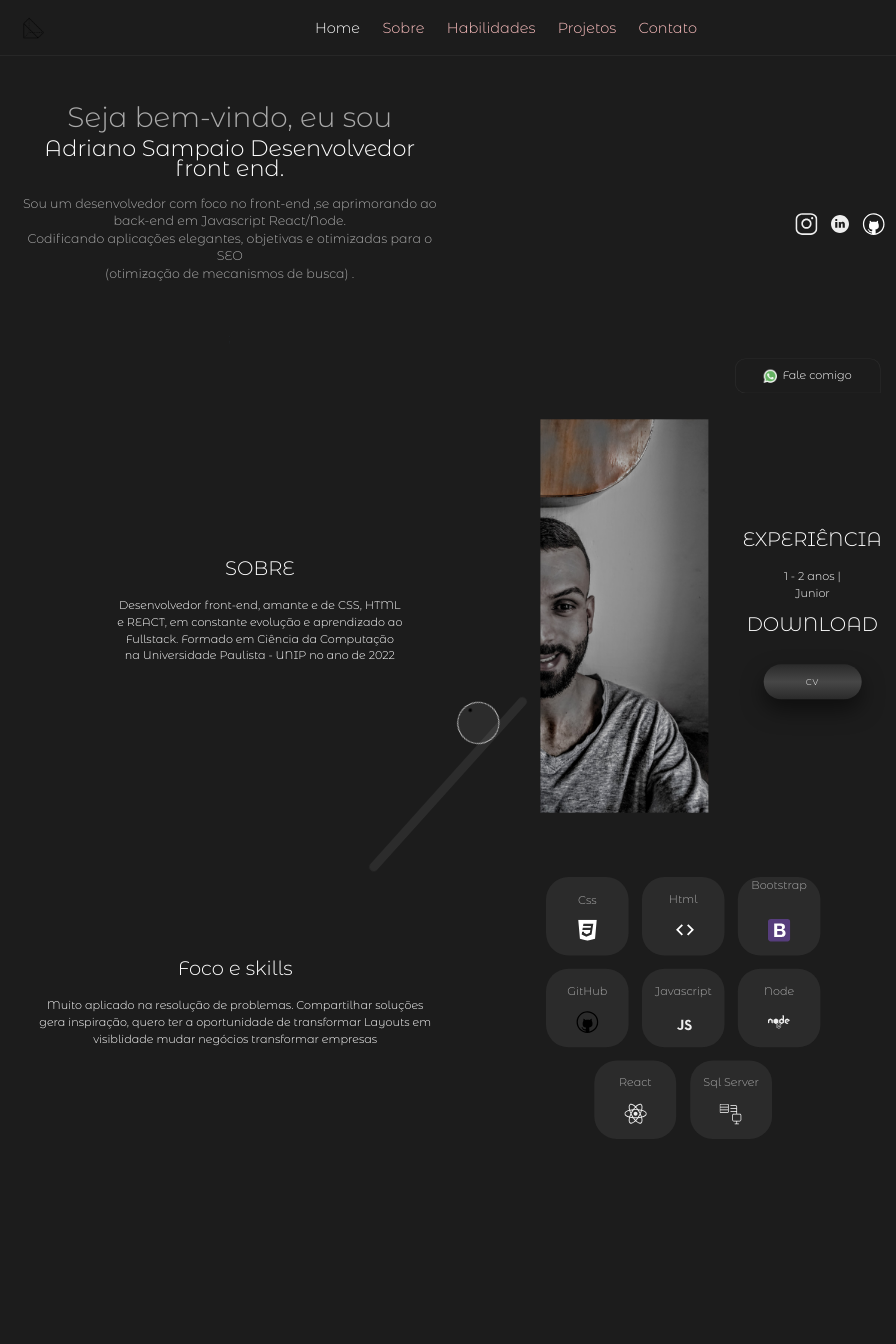
Repository: adrianodisam/NovoPortifolio
Page: /
An editor plug-in stored every save of this project. The page is shown before and after the next save, followed by the edit.
The browser window is 1280 px wide. The pictures show the part of the page from y = 0 to 1920 px (the page is 3024 px tall), at 70% of full size.
The project was rebuilt for these pictures with package versions that can differ from the ones it lists, and the page was loaded fresh each time. Imported but missing from the stored project, and not drawn on this page: src/componentes/Download/Adriano.pdf.

Above is the page before, as saved 2024-11-02 16:30:21.

### public/index.html
<!DOCTYPE html>
<html lang="pt">

<head>
  <meta charset="utf-8" />
  <link rel="icon" href="./shape.ico" />
  <meta name="viewport" content="width=device-width, initial-scale=1" />
  <meta name="theme-color" content="#000000" />
  <meta name="description" content="Web site created using create-react-app" />
  <link rel="apple-touch-icon" href="%PUBLIC_URL%/logo192.png" />
  <link rel="manifest" href="%PUBLIC_URL%/manifest.json" />
  <link rel="stylesheet" href="path/to/font-awesome/css/font-awesome.min.css" />
  <script src="https://cdn.lordicon.com/fudrjiwc.js"></script>
  <title> Adriano - Desenvolvedor Front-End </title>
  <script id="react-dotenv" src="./env.js"></script>
</head>

<body>
  <noscript>You need to enable JavaScript to run this app.</noscript>
  <script src="https://cdn.lordicon.com/fudrjiwc.js"></script>
  <div id="root"></div>
</body>

</html>

### src/App.css
* {
  margin: 0;
  padding: 0;
}

@font-face {
  font-family: 'Menu';
  src: url('../public/fontes/Cormorant_Garamond/CormorantGaramond-Regular.ttf')
    format('truetype');
}

@font-face {
  font-family: 'Menu1';
  src: url('../public/fontes/Montserrat_Alternates/MontserratAlternates-Light.ttf')
    format('truetype');
}

:root {
  --mainColor: #555;
  --mainColorLight: #e0ffff;
  --secondaryColor: #db2b39;
  --textColor: #ffc1c1;
  --ColorHover: #eee;
  --CorFundo: #1c1c1c;
  --CorBorda: hsla(0, 0%, 67%, 0.1);
  --CorFontApagada: #aaa;
  --CorTexto: #fff;
}

### src/componentes/Footer/Footer.module.css
.Container {
  display: flex;
  justify-content: space-between;
  align-items: center;
  bottom: 0;
  left: 0;
  height: 9rem;
  background-color: #1c1c1c;
}

### src/componentes/Header/Header.module.css
.Container {
  width: 100%;
  height: 40rem;
  display: flex;
  justify-content: center;
  align-items: center;
  /* border-bottom: 1px solid var(--CorBorda); */
  background-color: var(--CorFundo);
}
@media only screen and (max-width: 1024px) {
  .Container {
    display: flex;
    flex-direction: column;
    align-items: center;
    gap: 3rem;
    height: 50rem;
  }
}

### src/componentes/Navbar/Navbar.css
@import url('https://fonts.googleapis.com/css2?family=Titillium+Web:wght@300;400;700&display=swap');

* {
  padding: 0;
  margin: 0;
  box-sizing: border-box;
  font-family: 'Menu1';
}
header {
  display: flex;
  align-items: center;
  justify-content: space-between;
  width: 100%;
  height: 5rem;
  padding: 0 2rem;
  background-color: #1c1c1c;
  color: var(--textColor);
  position: fixed;
  z-index: 20;
  border-bottom: 1px solid var(--CorBorda);
}

nav a {
  margin: 0 1rem;
  color: var(--CorTexto);
  text-decoration: none;
  cursor: pointer;
  font-size: 1.3rem;
}

nav a:hover {
  color: var(--CorFontApagada);
}

header .nav-btn {
  padding: 5px;
  cursor: pointer;
  background: transparent;
  border: none;
  outline: none;
  visibility: hidden;
  opacity: 0;
  font-size: 1.8rem;
  color: var(--CorTexto);
}

header div,
nav {
  display: flex;
  align-items: center;
}

@media only screen and (max-width: 1024px) {
  header .nav-btn {
    visibility: visible;
    opacity: 1;
  }

  header nav {
    position: fixed;
    top: 0;
    left: 0;
    height: 100%;
    width: 100%;
    display: flex;
    flex-direction: column;
    align-items: center;
    justify-content: center;
    gap: 1.5rem;
    background-color: #1c1c1c;
    transition: 1s;
    transform: translateY(-100vh);
  }

  header .responsive_nav {
    transform: none;

    z-index: '4';
    position: fixed;
  }

  nav .nav-close-btn {
    position: absolute;
    top: 2rem;
    right: 2rem;
  }

  nav a {
    font-size: 1.5rem;
  }
}

### src/componentes/WhatsAppContato/WhatsAppContato.module.css
.container {
  display: flex;
  flex-direction: column;
  width: 100%;
  margin-top: 32rem;
  position: fixed;
  justify-content: right;
  align-items: flex-end;
  z-index: 30;
}
.containerSpan {
  display: flex;
  justify-content: center;
  align-items: center;
  width: 13rem;
  border-radius: 15px 15px 1px 15px;
  background-color: var(--CorFundo);
  border: 1px solid var(--CorBorda);
  padding: 12px 16px 12px 16px;
  margin-right: 1.4rem;
  transition: 2s;
}
.containerSpan:hover {
  background-color: hsla(0, 0%, 67%, 0.1);
  border: 1px solid var(--CorBorda);
  box-shadow: 0px 3px 5px 0px rgba(0, 0, 0, 0.5);
}
.containerSpan span {
  color: var(--CorTexto);
  text-decoration: none;
  font-size: 1rem;
}
.containerSpan img {
  width: 1.2rem;
  margin-right: 0.5rem;
}
.containerSpan a {
  text-decoration: none;
}

@media only screen and (max-width: 1024px) {
  .container {
    margin-top: 37rem;
  }
}

### src/componentes/Contato/Contato.module.css
.Container {
  display: flex;
  justify-content: space-evenly;
  align-items: center;
  width: 100%;
  height: 30rem;
  flex-direction: column;
  padding: 2rem;
  background-color: var(--CorFundo);
  border-bottom: solid 1px var(--CorBorda);
}
.ContainerContato {
  display: flex;
  align-items: center;
}

@media only screen and (max-width: 1024px) {
  .Container {
    flex-direction: column;
  }
  .ContainerContato {
    display: flex;
    flex-direction: column;
  }
}

### src/componentes/Sobre/Sobre.module.css
.Container {
  display: flex;
  justify-content: center;
  align-items: center;
  width: 100%;
  height: 30rem;
  /* border-bottom: 1px solid var(--CorBorda); */
  background-color: var(--CorFundo);
}

.Container h1 {
  color: var(--CorTexto);
}

@media (max-width: 900px) {
  .Container {
    flex-direction: column;
    height: 100%;
    padding: 1rem;
  }
}

### src/componentes/Habilidades/Habilidades.module.css
.Container {
  display: flex;
  justify-content: space-around;
  align-items: center;
  width: 100%;
  height: 40rem;
  background-color: var(--CorFundo);
  /* border-bottom: 1px solid var(--CorBorda); */
}
.ContainerAnima {
  display: flex;
  flex-direction: column;
  justify-content: center;
  width: 60%;
}

@media only screen and (max-width: 1024px) {
  .Container {
    flex-direction: column;
    height: 55rem;
  }
  .ContainerAnima {
    width: 100%;
    align-items: center;
  }
}

### src/componentes/Projetos/Projetos.module.css
.Container {
  display: flex;
  justify-content: center;
  gap: 2rem;
  align-items: center;
  width: 100%;
  height: 40rem;
  background-color: var(--CorFundo);
}

.Container h1 {
  color: var(--CorTexto);
}

@media (max-width: 900px) {
  .Container {
    flex-direction: column;
  }
}

### src/componentes/AnimacaoContato/AnimacaoContato.module.css
.Container {
  display: flex;
  justify-content: center;
  align-items: center;
}
.ball {
  position: relative;
  bottom: 50px;
  left: calc(100% - 20px);
  width: 60px;
  height: 60px;
  background: var(--CorBorda);
  border-radius: 50%;
  border: solid 1px #fff;
  animation: ball-move8234 3s ease-in-out 1s infinite alternate;
}

.ball::after {
  position: absolute;
  content: '';
  top: 25px;
  right: 5px;
  width: 5px;
  height: 5px;
  background: #000;
  border-radius: 50%;
}

.bar {
  position: absolute;
  width: 330px;
  height: 12.5px;
  background: var(--CorBorda);
  border-radius: 30px;
  transform: rotate(-19deg);
  animation: up-down6123 3s ease-in-out 1s infinite alternate;
}

@keyframes up-down6123 {
  from {
    transform: rotate(-60deg);
  }

  to {
    transform: rotate(1deg);
  }
}

@keyframes ball-move8234 {
  from {
    left: calc(100% - 40px);
    transform: rotate(360deg);
  }

  to {
    left: calc(0% - 20px);
    transform: rotate(0deg);
  }
}
@media only screen and (max-width: 1024px) {
  .Container {
    width: 100%;
  }
  .bar {
    margin-top: 9rem;
    width: 300px;
    height: 12.5px;
  }
}

### src/componentes/TextoRoda/TextoRoda.module.css
.Container {
  display: flex;
  align-items: center;
  justify-content: center;
  width: 100%;
  height: 6rem;
  color: var(--CorTexto);
}
.Container span {
  display: flex;
  margin: 2rem;
  text-align: center;
  color: var(--CorTexto);
}

### src/componentes/RedeSociais/RedeSociais.module.css
.Container {
  display: flex;
  align-items: center;
  width: 100%;
  height: 40%;
}
.Container svg {
  width: 2rem;
  height: 3rem;
  fill: #eee;
  margin-right: 1rem;
}
.Container svg:hover {
  width: 2rem;
  height: 3rem;
  fill: var(--CorFontApagada);
  margin-right: 1rem;
}
@media only screen and (max-width: 1024px) {
  .Container svg {
    width: 2rem;
    height: 3rem;
    fill: #eee;
    margin-right: 1rem;
  }
}

### src/componentes/Banner/Banner.module.css
.Container {
  display: flex;
  justify-content: center;
  align-items: center;
  background-color: var(--corFundo);
  border-bottom: 0.1 solid var(--CorBorda);
  width: 100%;
  height: 100%;
  flex-direction: column;
  padding: 2rem;
}
.Container h1 {
  color: var(--CorFontApagada);
  font-style: normal;
  font-weight: 300;
  line-height: 45px;
  text-align: center;
}
.Container h2 {
  color: var(--CorTexto);
  font-style: normal;
  font-weight: 300;
  font-size: 16px;
  line-height: 29px;
  text-align: center;
  font-size: 2rem;
}
.Container p {
  color: var(--CorFontApagada);
  line-height: 25px;
  text-align: center;
  font-size: 18px;
  font-weight: 200;
  margin-bottom: 2rem;
  margin-top: 1rem;
}

@media only screen and (max-width: 1024px) {
  .Container {
    margin-top: 6rem;
  }
  .Container h1 {
    font-size: 1.3rem;
  }
  .Container h2 {
    font-size: 1.7rem;
  }
}

### src/componentes/Logo/Logo.module.css
.Container {
  width: 20%;
  height: 100%;
}

### src/componentes/CardContato/CardContato.module.css
.Container {
  display: flex;
  justify-content: center;
  align-items: center;
  flex-direction: column;
  padding: 2rem;
}
.Container h1 {
  font-family: 'Menu1';
  font-style: normal;
  font-weight: 300;
  font-size: 2rem;
  line-height: 3rem;
  color: var(--CorTexto);
  text-align: center;
}
.Container small {
  color: var(--CorFontApagada);
  text-align: center;
}

.Container svg {
  fill: #555;
}
.Container svg:hover {
  fill: var(--CorTexto);
}

@media only screen and (max-width: 1024px) {
  .Container {
    flex-direction: column;
  }
  .Container h1 {
    font-size: 1.3rem;
  }
}

### src/componentes/FotoSobre/FotoSobre.module.css
.Container {
  display: flex;
  justify-content: center;
  align-items: center;
  width: 50%;
  /* border: solid 4px var(--CorBorda); */
  /* border-radius: 50%; */
  /* background: hsla(0, 0%, 67%, 0.1); */
}

.Container img {

  display: flex;
  /* -webkit-filter: grayscale(2); */
  /* filter: grayscale(2); */
  width: 15rem;
  /* padding: 10px; */
  transition: all 0.4s;
  /* clip-path: polygon(
    20% 0%,
    0% 20%,
    12% 49%,
    0% 80%,
    20% 100%,
    50% 95%,
    80% 100%,
    100% 80%,
    91% 52%,
    100% 20%,
    80% 0%,
    51% 1%
  ); */
  /* border-radius: 50%; */
  /* filter: drop-shadow(0 0 2rem #eedd82); */
  /* opacity: 0.8; */
  content: '';
  position: absolute;
  background: radial-gradient(circle, transparent, #1c1c1c 70%);

}


@media only screen and (max-width: 1024px) {
  .Container img {
    width: 15rem;
    opacity: 0.8;
  }
  .Container {
    width: 70%;

    /* background: hsla(0, 0%, 67%, 0.1); */
  }
}

### src/componentes/TextoCurriculo/TextoCurriculo.module.css
.Container {
  display: flex;
  justify-content: center;
  flex-direction: column;
  align-items: center;
  width: 40%;
}

### src/componentes/TextoSobre/TextoSobre.module.css
.Container {
  display: flex;
  align-items: center;
  justify-content: center;
  flex-direction: column;
}

### src/componentes/CaixaTecnologias/CaixaTecnologias.module.css
.Container {
  display: flex;
  justify-content: space-around;
  flex-wrap: wrap;
  gap: 1.2rem;
  height: 100%;
  left: 30px;
  place-content: center;
  place-items: center;
  top: 0;
  width: 40%;
  z-index: 0;
}
@media only screen and (max-width: 1024px) {
  .Container {
    width: 80%;
    align-items: center;
    justify-content: center;
  }
}

### src/componentes/Skills/Skills.module.css
.Container {
  align-items: center;
  display: flex;
  justify-content: center;
  flex-direction: column;
  transition: all 0.5s;
  gap: 1rem;
  /* width: 23%; */
  text-align: center;
}

.Container h3 {
  color: var(--CorTexto);
}
.Container p {
  color: var(--CorTexto);
}
@media only screen and (max-width: 1024px) {
  .Container {
    flex-direction: column;
    margin-top: 3rem;
    width: 90%;
  }
}

### src/componentes/MenuProjetos/MenuProjetos.module.css
.Container {
  display: flex;
  justify-content: center;
  align-items: center;
}

### src/componentes/Download/Download.module.css
/* .Container {
  align-items: center;
  display: flex;
  justify-content: center;
  flex-direction: column;
  transition: all 0.5s;
  gap: 1rem;
  text-align: center;
  border: solid 1px var(--CorBorda);
  padding: 1rem;
  border-radius: 2rem;
}
.Container a {
  text-decoration: none;
  color: var(--CorTexto);
}
.Container:hover {
  background-color: hsla(0, 0%, 37%, 0.1);
} */

.btn {
  width: 140px;
  height: 50px;
  background: linear-gradient(
    to top,
    hsla(0, 0%, 67%, 0.1),
    hsla(0, 0%, 67%, 0.3),
    hsla(0, 0%, 67%, 0.1)
  );
  color: #fff;
  border-radius: 50px;
  border: none;
  outline: none;
  cursor: pointer;
  position: relative;
  box-shadow: 0 15px 30px rgba(0, 0, 0, 0.5);
  overflow: hidden;
}

.btn span {
  font-size: 12px;
  text-transform: uppercase;
  letter-spacing: 1px;
  transition: top 0.5s;
  color: #fff;
}

.btn_text_one {
  position: absolute;
  width: 100%;
  top: 50%;
  left: 0;
  transform: translateY(-50%);
}

.btn_text_two {
  position: absolute;
  width: 100%;
  top: 150%;
  left: 0;
  transform: translateY(-50%);
}

.btn:hover .btn_text_one {
  top: -100%;
}

.btn:hover .btn_text_two {
  top: 50%;
}

### src/componentes/Tecnologia/Tecnologia.module.css
.Container {
  align-items: center;
  background: hsla(0, 0%, 67%, 0.1);
  border-radius: 2rem;
  display: flex;
  height: 7rem;
  justify-content: center;
  flex-direction: column;
  transition: all 0.5s;
  width: 23%;
  text-align: center;
}
.Container:hover {
  background: hsla(0, 0%, 37%, 0.1);
}
.Container p {
  color: var(--CorFontApagada);
}
.Container svg {
  transition: all 0.3s;
  fill: var(CorTexto);
  width: 2rem;
}
.Container svg:hover {
  fill: var(--CorFontApagada);
}
@media only screen and (max-width: 1024px) {
  .Container {
    display: flex;
    width: 29%;
    height: 0.2rem;
    background-color: transparent;

    margin-top: 2rem;
  }
  .Container svg {
    display: none;
  }
  .Container p {
    font-size: 1rem;
    text-align: center;
    border: 1px solid var(--CorFontApagada);
    border-radius: 2rem;
    background: hsla(0, 0%, 67%, 0.1);
    padding: 0.3rem;
  }
}

### src/componentes/Botao/Botao.module.css
.Container {
  display: flex;
  justify-content: center;
  align-items: center;
  width: 9rem;
  height: 2rem;
  border: 1px solid var(--CorBorda);
  color: var(--CorTexto);
  cursor: pointer;
}
.Container:hover {
  background: hsla(0, 0%, 37%, 0.1);
}
.Container a {
  text-decoration: none;
  color: var(--CorTexto);
}

@media only screen and (max-width: 1024px) {
  .Container {
    margin-top: 2rem;
  }
}

Loaded but not shown: src/index.js (common file); src/index.css (common file); src/reportWebVitals.js (common file); src/componentes/SvgNode/SvgNode.js (library); public/env.js (common file); src/componentes/SvgReact/SvgReact.js (17 lines, source omitted); src/componentes/SvgInstagram/SvgInstagram.js (23 lines, source omitted); src/componentes/SvgGitHub/SvgGitHub.js (16 lines, source omitted); src/componentes/SvgGit/SvgGit.js (13 lines, source omitted); src/componentes/WhatsAppContato/WhatsAppContato.js (57 lines, source omitted); src/componentes/SvgBootstrap/SvgBootstrap.js (18 lines, source omitted); src/componentes/Navbar/Navbar.js (51 lines, source omitted); src/componentes/SvgSql/SvgSql.js (14 lines, source omitted); src/componentes/CaixaTecnologias/CaixaTecnologias.js (28 lines, source omitted); src/componentes/SvgLinkedin/SvgLinkedin.js (19 lines, source omitted); src/App.js (32 lines, source omitted); src/componentes/RedeSociais/RedeSociais.js (29 lines, source omitted); src/componentes/MobPc/MobPc.js (40 lines, source omitted); src/componentes/Projetos/Projetos.js (22 lines, source omitted); src/componentes/SvgJavascript/SvgJavascript.js (17 lines, source omitted); src/componentes/Habilidades/Habilidades.js (20 lines, source omitted); src/componentes/Banner/Banner.js (21 lines, source omitted); src/componentes/Projeto/Projeto.js (30 lines, source omitted); src/componentes/SvgCss/SvgCss.js (21 lines, source omitted); src/componentes/TextoSobre/TextoSobre.js (19 lines, source omitted); src/componentes/Download/Download.js (19 lines, source omitted); src/componentes/Flutuante/Flutuante.js (20 lines, source omitted); src/componentes/Footer/Footer.js (18 lines, source omitted); src/componentes/Header/Header.js (17 lines, source omitted); src/componentes/TextoCurriculo/TextoCurriculo.js (16 lines, source omitted); src/componentes/Contato/Contato.js (18 lines, source omitted); src/componentes/Sobre/Sobre.js (17 lines, source omitted); src/componentes/CardContato/CardContato.js (17 lines, source omitted); src/componentes/SvgHtml/SvgHtml.js (12 lines, source omitted); src/componentes/Skills/Skills.js (15 lines, source omitted); src/componentes/MenuProjetos/MenuProjetos.js (13 lines, source omitted); src/componentes/AnimacaoContato/AnimacaoContato.js (14 lines, source omitted); src/componentes/FotoSobre/FotoSobre.js (13 lines, source omitted); src/componentes/Logo/Logo.js (12 lines, source omitted); src/componentes/Botao/Botao.js (14 lines, source omitted); src/componentes/Tecnologia/Tecnologia.js (13 lines, source omitted); src/componentes/TextoRoda/TextoRoda .js (12 lines, source omitted); src/componentes/Flutuante/Flutuante.module.css (197 lines, source omitted)

After the next save:
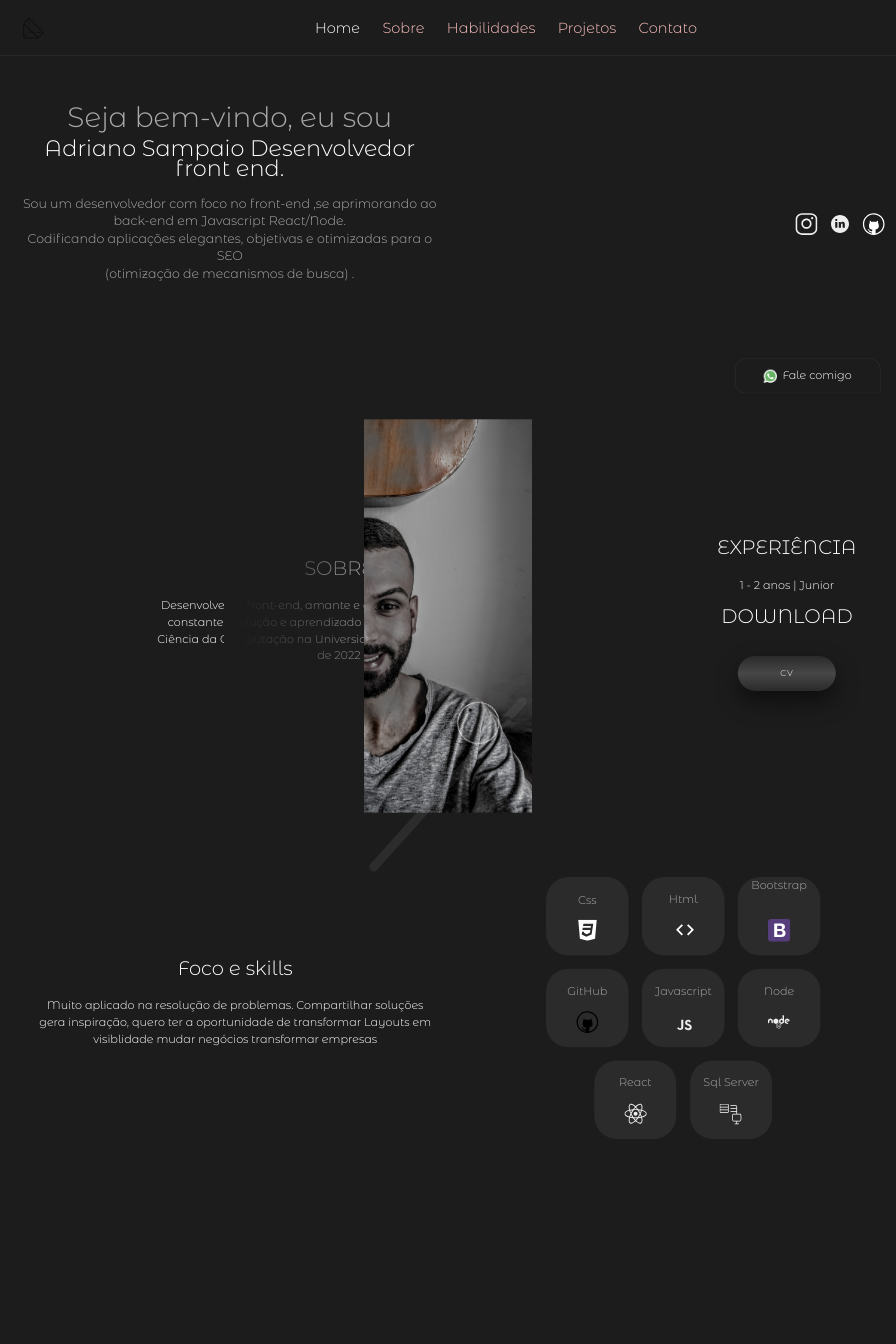
Saved 45 s later.
--- a/src/componentes/FotoSobre/FotoSobre.module.css
+++ b/src/componentes/FotoSobre/FotoSobre.module.css
@@ -6,6 +6,9 @@
   /* border: solid 4px var(--CorBorda); */
   /* border-radius: 50%; */
   /* background: hsla(0, 0%, 67%, 0.1); */
+  content: '';
+  position: absolute;
+  background: radial-gradient(circle, transparent, #1c1c1c 70%);
 }
 
 .Container img {
@@ -33,9 +36,7 @@
   /* border-radius: 50%; */
   /* filter: drop-shadow(0 0 2rem #eedd82); */
   /* opacity: 0.8; */
-  content: '';
-  position: absolute;
-  background: radial-gradient(circle, transparent, #1c1c1c 70%);
+
 
 }
 

After the save that followed:
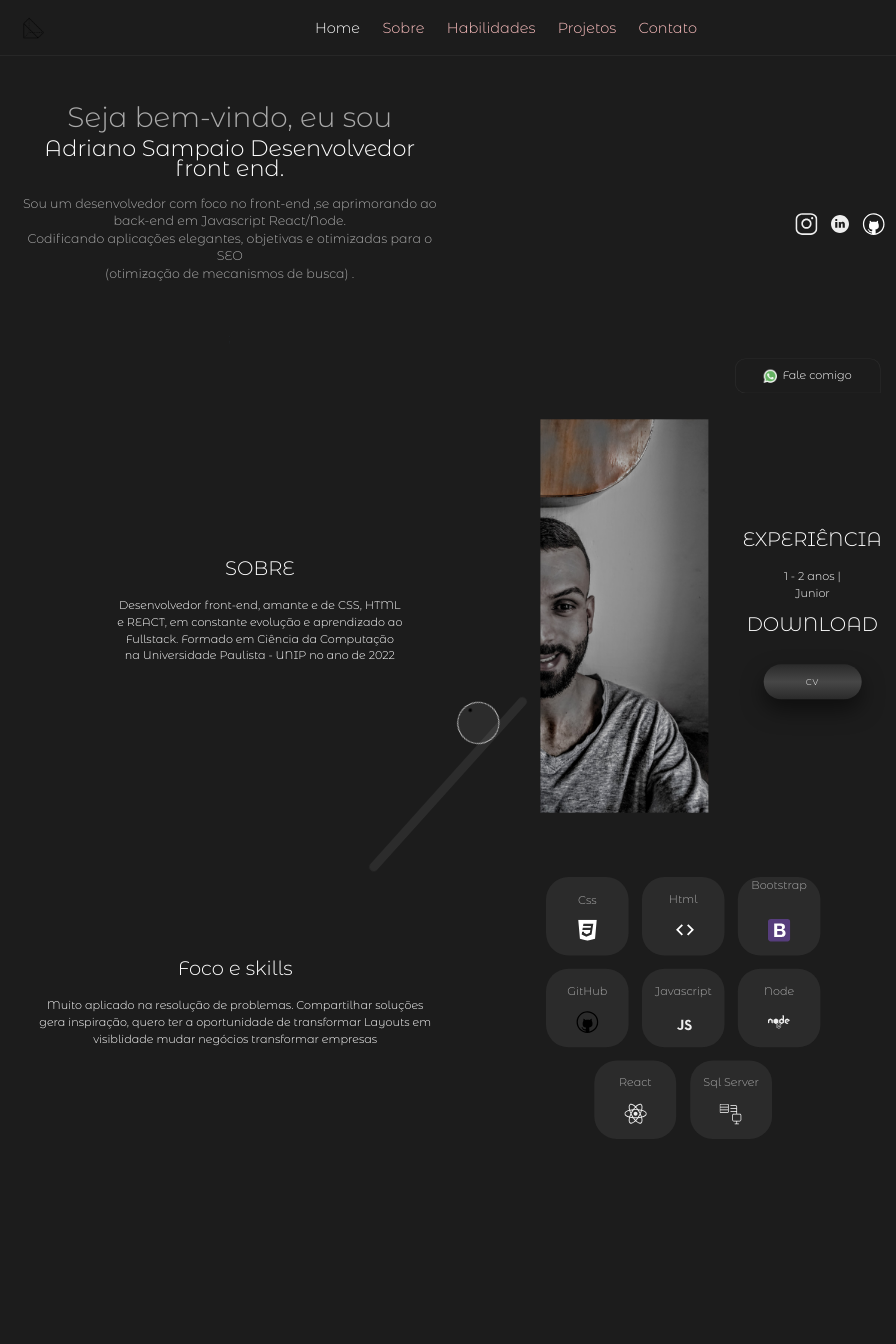
Saved 16 s later.
--- a/src/componentes/FotoSobre/FotoSobre.module.css
+++ b/src/componentes/FotoSobre/FotoSobre.module.css
@@ -7,7 +7,7 @@
   /* border-radius: 50%; */
   /* background: hsla(0, 0%, 67%, 0.1); */
   content: '';
-  position: absolute;
+
   background: radial-gradient(circle, transparent, #1c1c1c 70%);
 }
 
